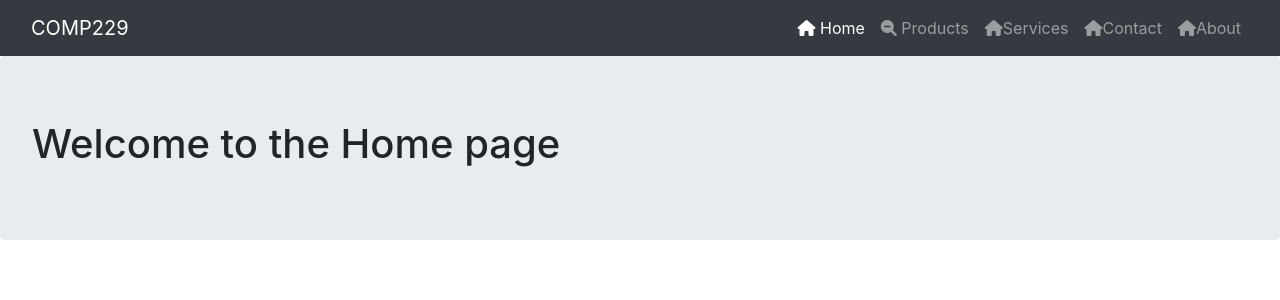
Repository: arsh16/week3_demo2
Page: http://localhost/
An editor plug-in stored every save of this project. The page is shown before and after the next save, followed by the edit.
The browser window is 1280 px wide. The pictures show the whole page.
Some web libraries are served in a nearby version. The page is served by the project's Node server (server.js). Other server files are loaded and not shown.

Above is the page before, as saved 2021-09-30 11:45:38.

### views/index.ejs
<!DOCTYPE html>
<html lang="en">
<head>
  <meta charset="UTF-8">
  <meta http-equiv="X-UA-Compatible" content="IE=edge">
  <meta name="viewport" content="width=device-width, initial-scale=1.0">
  <title><%= title %></title>

  <!--css-->
  <link rel='stylesheet' href='/Content/app.css' />

<!--These stylesheets were saying 404 in console-->

  <!--<link rel="stylesheet" href="/bootstrap/dist/bootstrap.min.css">
  <link rel="stylesheet" href='/@fortawesome/fontawesome-free/css/all.min.css'-->

  <link rel="stylesheet" href="https://cdn.jsdelivr.net/npm/bootstrap@4.6.0/dist/css/bootstrap.min.css" integrity="sha384-B0vP5xmATw1+K9KRQjQERJvTumQW0nPEzvF6L/Z6nronJ3oUOFUFpCjEUQouq2+l" crossorigin="anonymous">
 <link rel="stylesheet" href="https://cdnjs.cloudflare.com/ajax/libs/font-awesome/6.0.0-beta2/css/all.min.css" integrity="sha512-YWzhKL2whUzgiheMoBFwW8CKV4qpHQAEuvilg9FAn5VJUDwKZZxkJNuGM4XkWuk94WCrrwslk8yWNGmY1EduTA==" crossorigin="anonymous" referrerpolicy="no-referrer" />


</head>

<!--body-->
<body>

  <!--main nav-->
  <nav class="navbar navbar-expand-lg navbar-dark bg-dark" style="color: aliceblue;">
    <div class="container-fluid">
      <a class="navbar-brand" href="/home">COMP229</a>
      <button class="navbar-toggler" type="button" data-bs-toggle="collapse" data-bs-target="#navbarSupportedContent" aria-controls="navbarSupportedContent" aria-expanded="false" aria-label="Toggle navigation">
        <span class="navbar-toggler-icon"></span>
      </button>

      <div class="collapse navbar-collapse" id="navbarSupportedContent">
        <ul class="navbar-nav ml-auto mb-2 mb-lg-0">

          <li class="nav-item">
            <a class="nav-link active" aria-current="page" href="/home"><i class="fas fa-home"></i> Home</a>
          </li>

          <li class="nav-item">
            <a class="nav-link" href="/products"><i class="fas fa-search-minus"></i> Products</a>
          </li>

             <li class="nav-item">
            <a class="nav-link" href="/services"><i class="fas fa-home"></i>Services</a>
          </li>

             <li class="nav-item">
            <a class="nav-link" href="/contact"><i class="fas fa-home"></i>Contact</a>
          </li>

           <li class="nav-item">
            <a class="nav-link" href="/about"><i class="fas fa-home"></i>About</a>


        </ul>

      </div>
    </div>
  </nav>

  <main><div class="jumbotron">
    <h1>Welcome to the <%= title %> page</h1>

  </div>
  </main>

  <!--scripts-->
  <script src="https://ajax.googleapis.com/ajax/libs/jquery/2.1.1/jquery.min.js"></script>
 <!-- <script src="/jquery/dist/jquery.min.js"></script>-->
  <script src="/Scripts/app.js"></script>
</body>
</html>

### server.js
#!/usr/bin/env node

/**
 * Module dependencies.
 */

var app = require('./app');
var debug = require('debug')('assignment1:server');
var http = require('http');

/**
 * Get port from environment and store in Express.
 */

var port = normalizePort(process.env.PORT || '3000');
app.set('port', port);

/**
 * Create HTTP server.
 */

var server = http.createServer(app);

/**
 * Listen on provided port, on all network interfaces.
 */

server.listen(port);
server.on('error', onError);
server.on('listening', onListening);

/**
 * Normalize a port into a number, string, or false.
 */

function normalizePort(val) {
  var port = parseInt(val, 10);

  if (isNaN(port)) {
    // named pipe
    return val;
  }

  if (port >= 0) {
    // port number
    return port;
  }

  return false;
}

/**
 * Event listener for HTTP server "error" event.
 */

function onError(error) {
  if (error.syscall !== 'listen') {
    throw error;
  }

  var bind = typeof port === 'string'
    ? 'Pipe ' + port
    : 'Port ' + port;

  // handle specific listen errors with friendly messages
  switch (error.code) {
    case 'EACCES':
      console.error(bind + ' requires elevated privileges');
      process.exit(1);
      break;
    case 'EADDRINUSE':
      console.error(bind + ' is already in use');
      process.exit(1);
      break;
    default:
      throw error;
  }
}

/**
 * Event listener for HTTP server "listening" event.
 */

function onListening() {
  var addr = server.address();
  var bind = typeof addr === 'string'
    ? 'pipe ' + addr
    : 'port ' + addr.port;
  debug('Listening on ' + bind);
}

### routes/index.js
var express = require('express');
var router = express.Router();

/* GET home page. */
router.get('/', function(req, res, next) {
  res.render('index', { title: 'Home' });
});

router.get('/home', function(req, res, next) {
  res.render('index', { title: 'Home' });
});


router.get('/about', function(req, res, next) {
  res.render('index', { title: 'About' });
});

router.get('/products', function(req, res, next) {
  res.render('index', { title: 'Products'});
});

router.get('/services', function(req, res, next) {
  res.render('index', { title: 'Services' });
});

router.get('/contact', function(req, res, next) {
  res.render('index', { title: 'Contact' });
});

module.exports = router;

### app.js
let createError = require('http-errors');
let express = require('express');
let path = require('path');
let cookieParser = require('cookie-parser');
let logger = require('morgan');

let indexRouter = require('./routes/index');
let usersRouter = require('./routes/users');

let app = express();

// view engine setup
app.set('views', path.join(__dirname, 'views'));
app.set('view engine', 'ejs');

app.use(logger('dev'));
app.use(express.json());
app.use(express.urlencoded({ extended: false }));
app.use(cookieParser());
app.use(express.static(path.join(__dirname, 'public')));

app.use('/', indexRouter);
app.use('/users', usersRouter);

// catch 404 and forward to error handler
app.use(function(req, res, next) {
  next(createError(404));
});

// error handler
app.use(function(err, req, res, next) {
  // set locals, only providing error in development
  res.locals.message = err.message;
  res.locals.error = req.app.get('env') === 'development' ? err : {};

  // render the error page
  res.status(err.status || 500);
  res.render('error');
});

module.exports = app;

### public/Content/app.css
/*-custom css--*/

### public/Scripts/app.js
/*IIFE*/

(function()
{
    function Start()
    {
        console.log("App started...");
    }
    window.addEventListener("load", Start);
})();

After the next save:
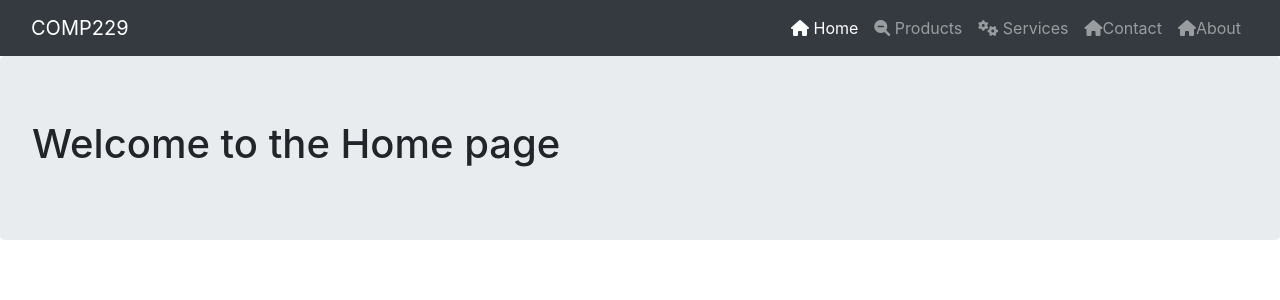
Saved 48 s later.
--- a/views/index.ejs
+++ b/views/index.ejs
@@ -43,7 +43,7 @@
           </li>
 
              <li class="nav-item">
-            <a class="nav-link" href="/services"><i class="fas fa-home"></i>Services</a>
+            <a class="nav-link" href="/services"><i class="fas fa-cogs"></i> Services</a>
           </li>
 
              <li class="nav-item">
